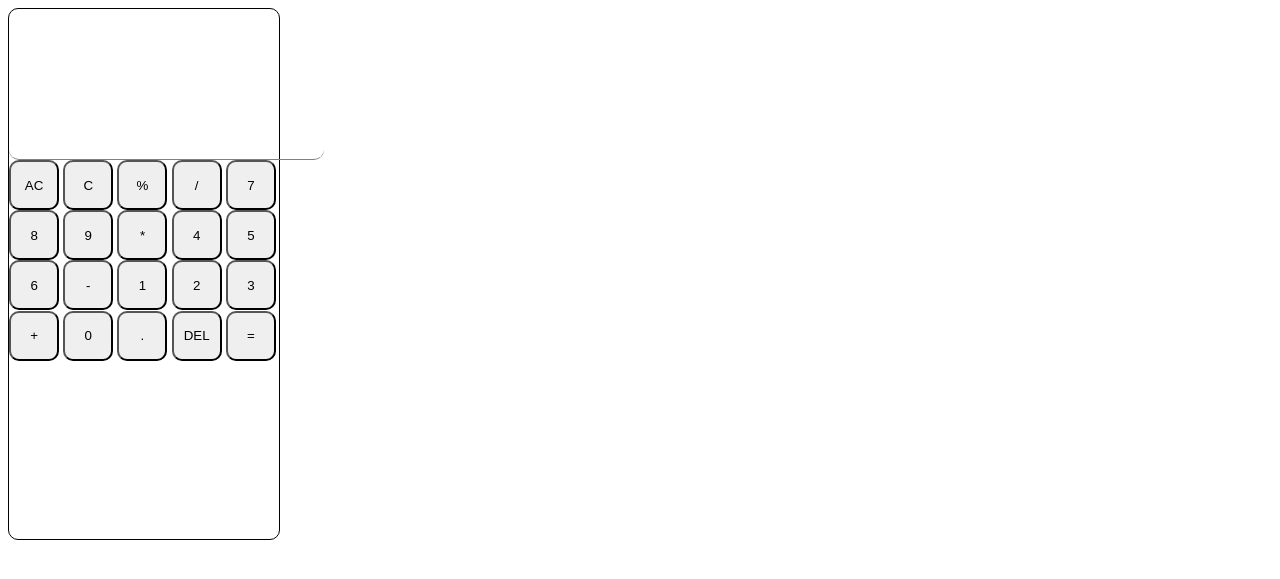
Repository: baziz22/Vanilla_JS_Projects
Page: claculator/index.html
These files come from the project's save history. The page is drawn as it stood at one moment and after the next save; the edit follows.
The browser window is 1280 px wide. The pictures show the whole page.

Above is the page before, as saved 2022-03-02 02:14:17.
Console error: SyntaxError: Malformed arrow function parameter list

### claculator/index.html
<!DOCTYPE html>
<html lang="en">
  <head>
    <meta charset="UTF-8" />
    <meta http-equiv="X-UA-Compatible" content="IE=edge" />
    <meta name="viewport" content="width=device-width, initial-scale=1.0" />
    <link rel="stylesheet" href="style.css" />
    <script src="script.js" defer></script>
    <title>Calculator</title>
  </head>
  <body>
    <div class="container">
      <div class="wrapper">
        <div id="result">
          <div id="equation"></div>
          <div id="total"></div>
        </div>

        <button class="btn" all-clear>AC</button>
        <button class="btn" last-entity-clear>C</button>
        <button class="btn" operation>%</button>
        <button class="btn" operation>/</button>
        <button class="btn" number>7</button>
        <button class="btn" number>8</button>
        <button class="btn" number>9</button>
        <button class="btn" operation>*</button>
        <button class="btn" number>4</button>
        <button class="btn" number>5</button>
        <button class="btn" number>6</button>
        <button class="btn" operation">-</button>
        <button class="btn" number>1</button>
        <button class="btn" number>2</button>
        <button class="btn" number>3</button>
        <button class="btn" operation>+</button>
        <button class="btn" number>0</button>
        <button class="btn" number dot>.</button>
        <button class="btn" value="del" id="delete">DEL</button>
        <button class="btn" equal>=</button>
      </div>
    </div>
  </body>
</html>

### claculator/style.css
.wrapper {
  border: 1px solid black;
  border-radius: 10px;
  width: 270px;
  height: 530px;
}
button {
  margin: 0.1px;
  width: 50px;
  height: 50px;
  border-radius: 10px;
}
#result {
  width: 315px;
  height: 150px;
  border-bottom: 1px solid gray;
  border-radius: 10px;
}

### claculator/script.js
const output = document.getElementById('output');
const total = document.getElementById('total');
const reset = document.getElementById('ac');
const btn = document.querySelectorAll('.btn');
const operants = ['=', '+', '-', '*', '/'];
const equalOperation = '=';
function clear() {}
function digitDelete() {}
const operantValue = function (arg, operant) {
  let theOperant = '';
  //console.log('args: ', arg);
  operant.forEach((element, i) => {
    //console.log(i + '. ' + element);
    //console.log('opernat: ', operant);
    if (operant[i] === arg[0]) {
      console.log('this is the operant', operant[i]);
      theOperant = operant[i];
    }
  });
  return theOperant;
};

function appendNumber(d) {
  let digits = [];
  let saveOperants = [];
  let saveDigits = [];
  let outputContents = '';
  console.log('print: ', d);
  if (d.value !== equalOperation) {
    digits.push(d.value);
    let g = operantValue(digits, operants);
    console.log('g: ', g);
    //console.log('digits: ', digits);
    output.innerHTML += digits;
    if (d.value !== g) {
      outputContents += output.textContent;
      console.log(outputContents);
      //saveOutputDigit = outputContents;
      //console.log('s: ',saveOutputDigit);
      out = outputContents.concat();
      console.log('out: ', out);
    }
    if (d.value === g) {
      outputContents = '';
      //saveOutputDigit = '';
      saveOperants.push(g);
      saveDigits.push(Number(out));
      console.log('2. OutputContents: ', out);
      console.log('saveDigits: ', saveDigits);
      //reset outputContent\
      console.log('saveOperants: ', saveOperants);
      //operantValue(digits, operants);
    }
  } else {
    compute();
  }
}
function chooseOperation(operation) {}
function compute() {
  console.log('Final Result');
}
function updateDisplay() {}
let out = '';
let saveOutputDigit = '';


  btn.forEach(element => {
    element.addEventListener('click', appendNumber(element) => {element.value});
  });

After the next save:
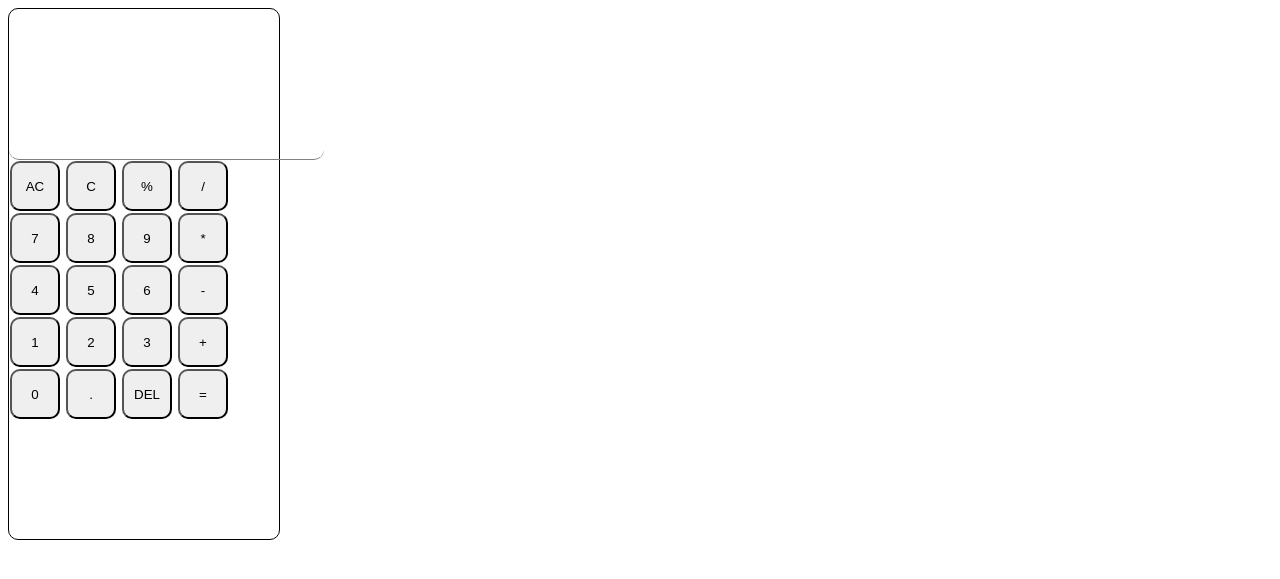
Saved 14 s later.
--- a/claculator/style.css
+++ b/claculator/style.css
@@ -5,7 +5,7 @@
   height: 530px;
 }
 button {
-  margin: 0.1px;
+  margin: 1px;
   width: 50px;
   height: 50px;
   border-radius: 10px;

After the save that followed:
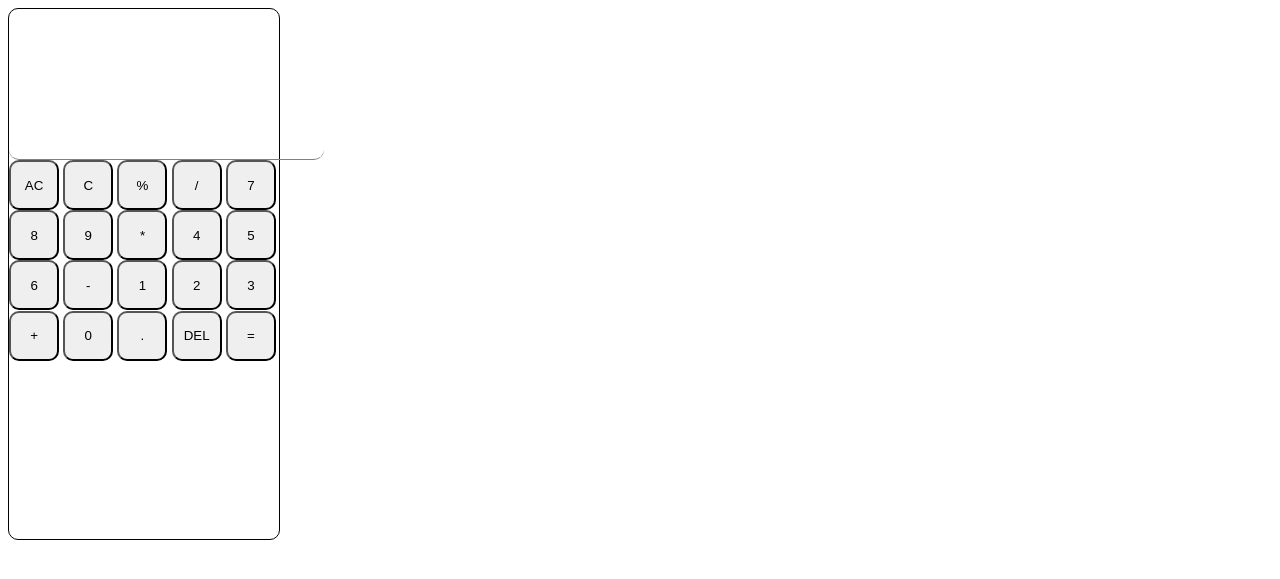
Saved 10 s later.
--- a/claculator/style.css
+++ b/claculator/style.css
@@ -5,7 +5,7 @@
   height: 530px;
 }
 button {
-  margin: 1px;
+  margin: 0.1px;
   width: 50px;
   height: 50px;
   border-radius: 10px;
